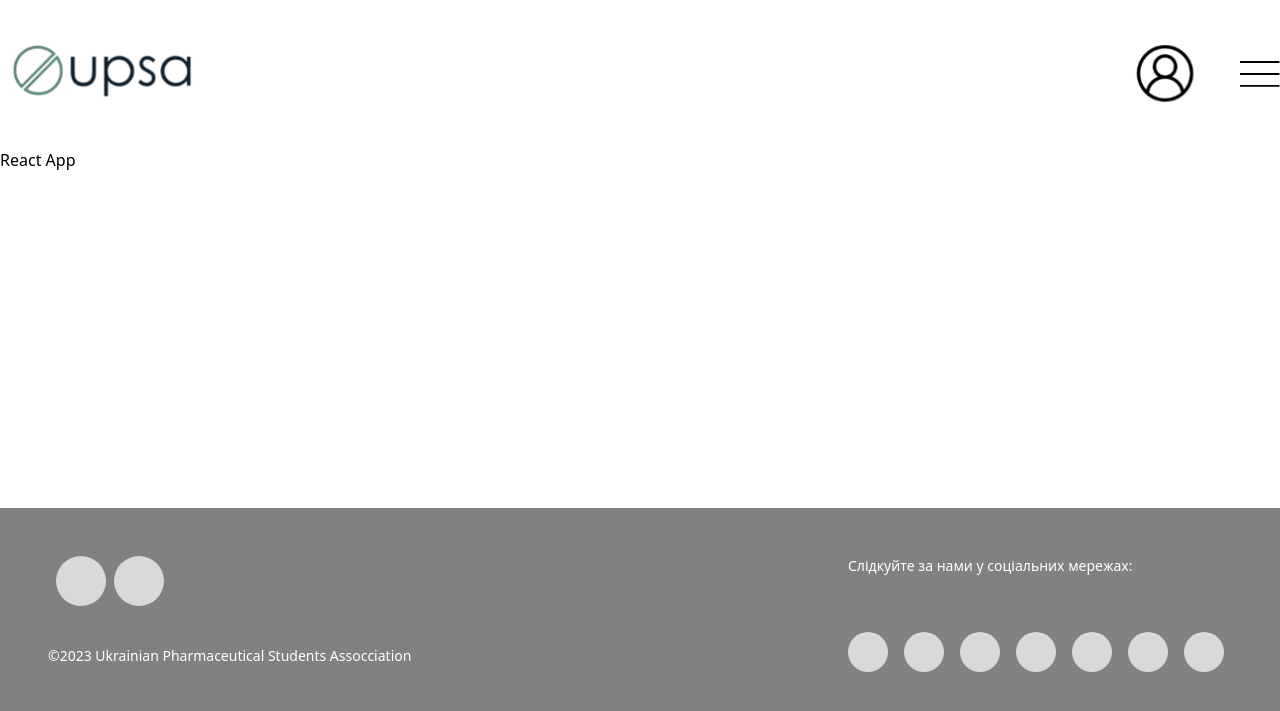
Repository: Alina-Khmilevska/UPSA-React
Page: /
These files come from the project's save history. The page is drawn as it stood at one moment and after the next save; the edit follows.
The browser window is 1280 px wide. The pictures show the whole page.
The project was rebuilt for these pictures with package versions that can differ from the ones it lists, and the page was loaded fresh each time. Also part of the build but not shown: src/components/header/menu/burgermenu/Menu.css.

Above is the page before, as saved 2023-09-26 16:37:10.

### src/App.js
import './App.css';
import Footer from './components/footer/Footer';
import Header from './components/header/Header';

export default function App() {
  return (
    <div className="flex flex-col min-h-screen">
      <Header />
      <main className="flex-1">
        <h1>React App</h1>
      </main>
      <Footer className="mt-auto" />
    </div>
  )
}

### src/App.css
.App {
  text-align: center;
}
.upsa-bg-grey {
  background-color: #818181;
}
.upsa-bg-button {
  background-color: #4A4948;
}

### src/components/footer/Footer.jsx
import React from "react";
import LanguageIcons from "../shared/icons/LanguageIcons";
import SocialIcons from "../shared/icons/SocialIcons";

const Footer = () => {
    return (
        <footer className="upsa-bg-grey text-white py-12 px-12">
            <div className="flex flex-row justify-between">
                <div className="flex flex-col justify-start">
                    <LanguageIcons />

                    <p className="text-sm mt-10">
                        &copy;{new Date().getFullYear()} Ukrainian Pharmaceutical Students Assocciation
                    </p>
                </div>
                <div className="flex flex-col justify-start ">
                    <p className="text-sm">
                        Слідкуйте за нами у соціальних мережах:
                    </p>
                    <SocialIcons />
                </div>
            </div>
        </footer>
    );
};

export default Footer;

### src/components/header/Header.jsx
import React, { useState } from "react";
import Logo from "./logo/Logo";
import BurgerIcon from "./menu/burgermenu/icons/BurgerIcon";
import Account from "./menu/account/Account";
import Menu from "./menu/burgermenu/Menu";


const Header = () => {
  const [isMenuOpen, setIsMenuOpen] = useState(false);

  const handleMenuToggle = () => {
    setIsMenuOpen(!isMenuOpen);
  };

  const handleCloseMenu = () => {
    setIsMenuOpen(false);
  };
  return (
    <header className="bg-white font-inter">
      <div className="container mx-auto flex items-center justify-between">
        <Logo />
        <div className="flex items-center justify-between">
          <Account />
          <BurgerIcon onClick={handleMenuToggle} />
          <Menu isOpen={isMenuOpen} onClose={handleCloseMenu} />
        </div>
      </div>
    </header>
  );
};

export default Header;

### src/components/shared/icons/LanguageIcons.jsx
import React from "react";
import Ellipse from "../../../assets/images/icons/tmp/ellipse.svg";

const LanguageIcons = () => {
    return (
        <div className="flex flex-row">
            <div className="px-2">
                <img src={Ellipse} alt="Ellipse" width={50} height={50} />
            </div>
            <img src={Ellipse} alt="Ellipse" width={50} height={50} />
        </div>
    );
};

export default LanguageIcons;

### src/components/shared/icons/SocialIcons.jsx
import React from "react";
import Ellipse from "../../../assets/images/icons/tmp/ellipse.svg";

const SocialIcons = () => {
    return (
        <div className="flex justify-start mt-14">
            <div className="pr-2">
                <img
                    src={Ellipse}
                    alt="Ellipse"
                    width={40}
                    height={40}
                />
            </div>
            <div className="px-2">
                <img
                    src={Ellipse}
                    alt="Ellipse"
                    width={40}
                    height={40}
                />
            </div>
            <div className="px-2">
                <img
                    src={Ellipse}
                    alt="Ellipse"
                    width={40}
                    height={40}
                />
            </div>
            <div className="px-2">
                <img
                    src={Ellipse}
                    alt="Ellipse"
                    width={40}
                    height={40}
                />
            </div>
            <div className="px-2">
                <img
                    src={Ellipse}
                    alt="Ellipse"
                    width={40}
                    height={40}
                />
            </div>
            <div className="px-2">
                <img
                    src={Ellipse}
                    alt="Ellipse"
                    width={40}
                    height={40}
                />
            </div>
            <div className="px-2">
                <img
                    src={Ellipse}
                    alt="Ellipse"
                    width={40}
                    height={40}
                />
            </div>

        </div>
    );
};

export default SocialIcons;

### src/components/header/logo/Logo.jsx
// Logo.jsx
import React from "react";
import ReactLogo from "../../../assets/images/icons/logo.svg";

const Logo = () => {
  return (
    <div className="text-2xl font-bold">

      <a href="/">
        <img src={ReactLogo}
          alt="Logo" width={210} height={150} />
      </a>
    </div>
  );
};

export default Logo;

### src/components/header/menu/burgermenu/icons/BurgerIcon.jsx
// BurgerIcon.jsx
import React from "react";
import Icon from "../../../../../assets/images/icons/burgerIcon.svg";

const BurgerIcon = ({ onClick }) => {
  return (
    <div className="cursor-pointer" onClick={onClick}>
      <img
        src={Icon}
        alt="Burger Icon"
        width={40}
        height={40}
      />
    </div>
  );
};

export default BurgerIcon;

### src/components/header/menu/account/Account.jsx
// Account.jsx
import React from "react";
import Icon from "../../../../assets/images/icons/account.svg";

const Account = ({ onClick }) => {
  return (
    <div className="mr-10">
    <a className="cursor-pointer" href="#">
      <img
        src={Icon}
        alt="Account Icon"
        width={70}
        height={56}
      />
    </a>
    </div>
  );
};

export default Account;

### src/components/header/menu/burgermenu/Menu.jsx
// Menu.jsx
import React from "react";
import CloseIcon from "./icons/CloseIcon";
import SocialIcons from "../../../shared/icons/SocialIcons";
import "./Menu.css";
import LanguageIcons from "../../../shared/icons/LanguageIcons";

const Menu = ({ isOpen, onClose }) => {
    const menuStyle = {
        width: isOpen ? "50%" : "0",
        right: isOpen ? "0" : "-50%",
    };

    return (
        <div
            className="upsa-bg-grey h-full text-white fixed top-0 right-0 transition-all duration-300 ease-in-out px-20"
            style={menuStyle}
        >
            <CloseIcon onClick={onClose} />
            <ul className="mt-32 mr-4 text-4xl font-light leading-loose">
                <li>Проекти</li>
                <li>Події</li>
                <li>Стати членом асоціації</li>
                <li>EPSA -Student Science ward</li>
                <li>Контакти</li>
                <li>Support Ukraine</li>
            </ul>

            <button className="upsa-bg-button rounded-md px-12 py-1 mt-10">
                <a href="#" className="font-light">
                    Увійти як член управління
                </a>
            </button>
            <SocialIcons />


            <div className="flex flex-row justify-between mt-14">
                <a href="mailto:upsa@gmail.com" className="font-light">
                    upsa@gmail.com
                </a>
                <LanguageIcons />
            </div>
        </div>
    );
};

export default Menu;

### src/components/header/menu/burgermenu/icons/CloseIcon.jsx
import React from "react";
import Icon from "../../../../../assets/images/icons/close.svg";

const CloseIcon = ({ onClick }) => {
  return (
    <button className="absolute top-10 right-10" onClick={onClick}>
      <img
        src={Icon}
        alt="Close Icon"
        width={50}
        height={50}
      />
    </button>
  );
};

export default CloseIcon;

Loaded but not shown: public/index.html (common file); src/index.js (common file); src/index.css (common file); src/reportWebVitals.js (common file); tailwind.config.js (common file)

After the next save:
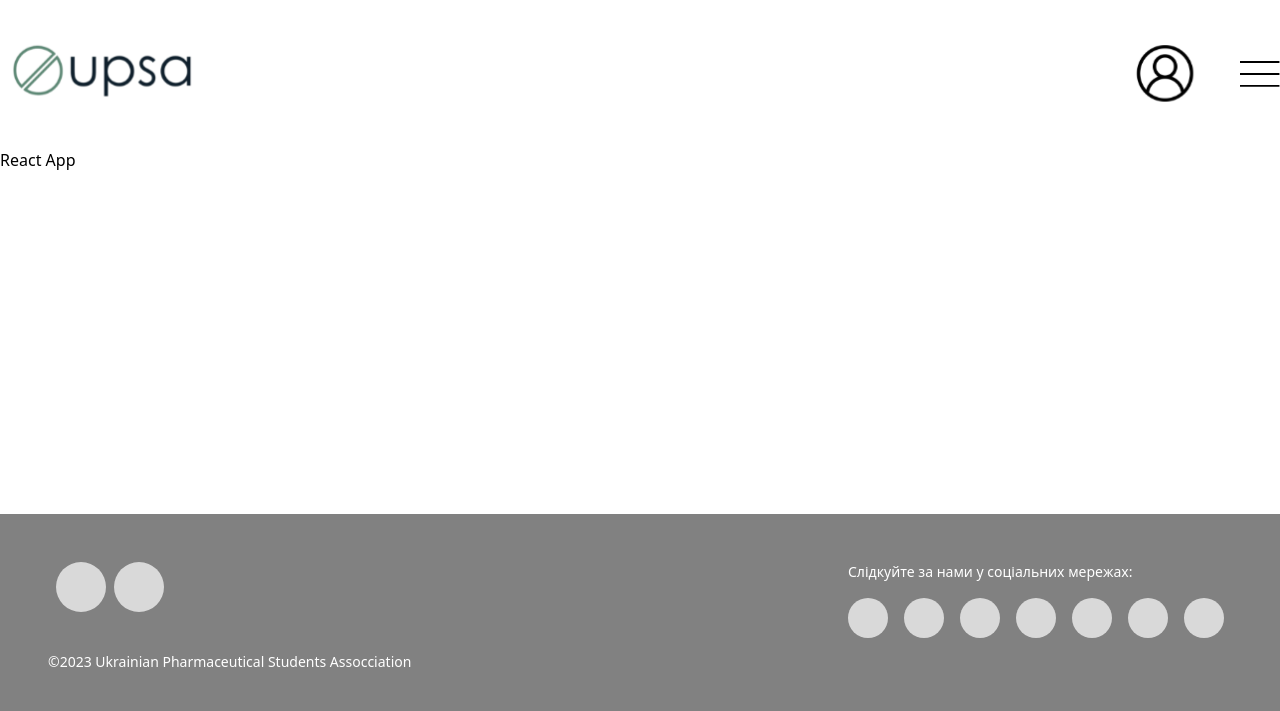
Saved 42 s later.
--- a/src/components/footer/Footer.jsx
+++ b/src/components/footer/Footer.jsx
@@ -17,7 +17,11 @@
                     <p className="text-sm">
                         Слідкуйте за нами у соціальних мережах:
                     </p>
+                    <div className="-mt-10">
                     <SocialIcons />
+                    </div>
+
+
                 </div>
             </div>
         </footer>
